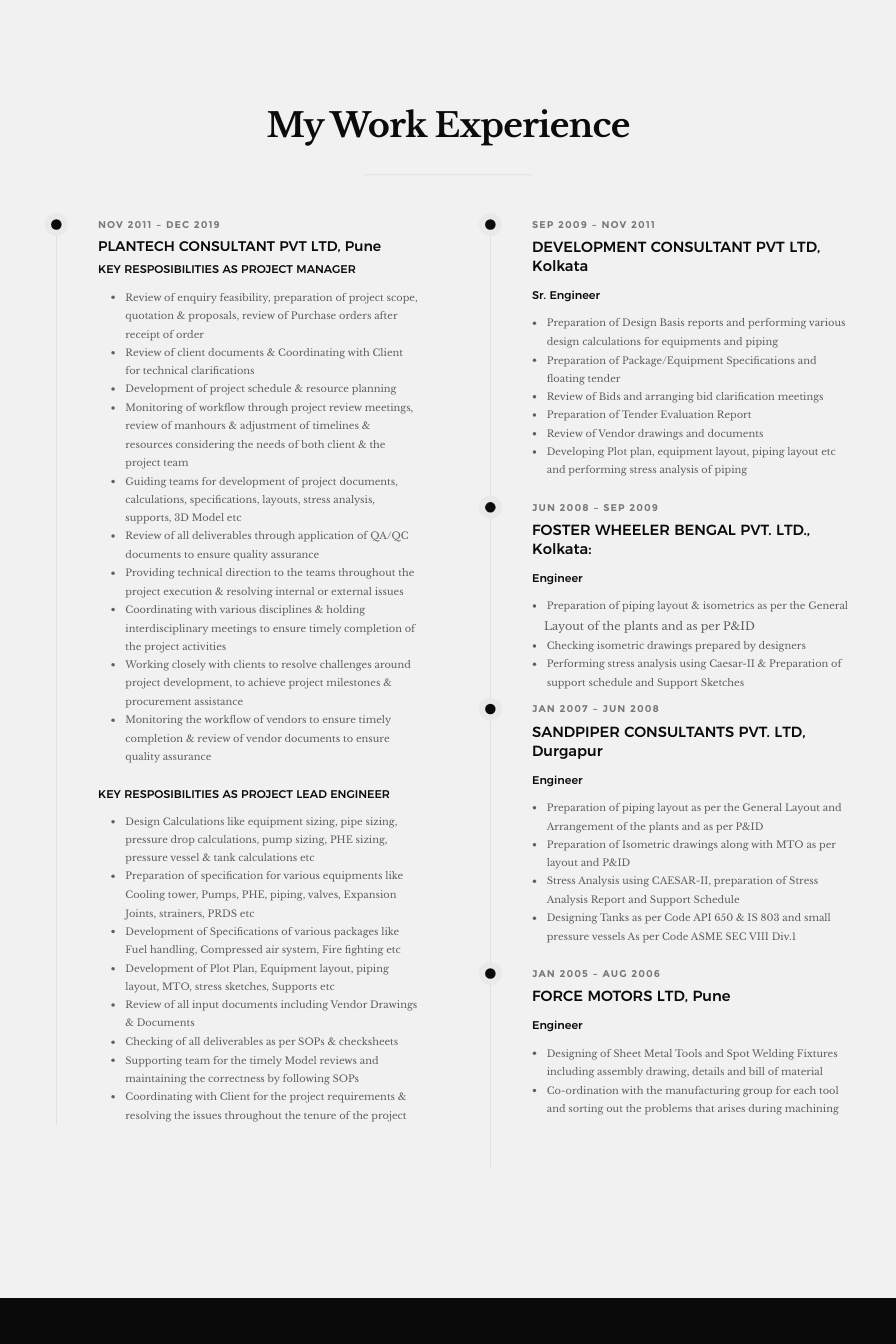
Repository: sumana1001/myprofile
Page: index.html
These files come from the project's save history. The page is drawn as it stood at one moment and after the next save; the edit follows.
The browser window is 1280 px wide. The pictures show the part of the page from y = 2395 to 4315 px (the page is 5623 px tall before and 5578 px after), at 70% of full size.
Pictures or frames that could not be fetched are drawn as grey boxes.

Above is the page before, as saved 2020-05-07 10:09:22.

After the next save:
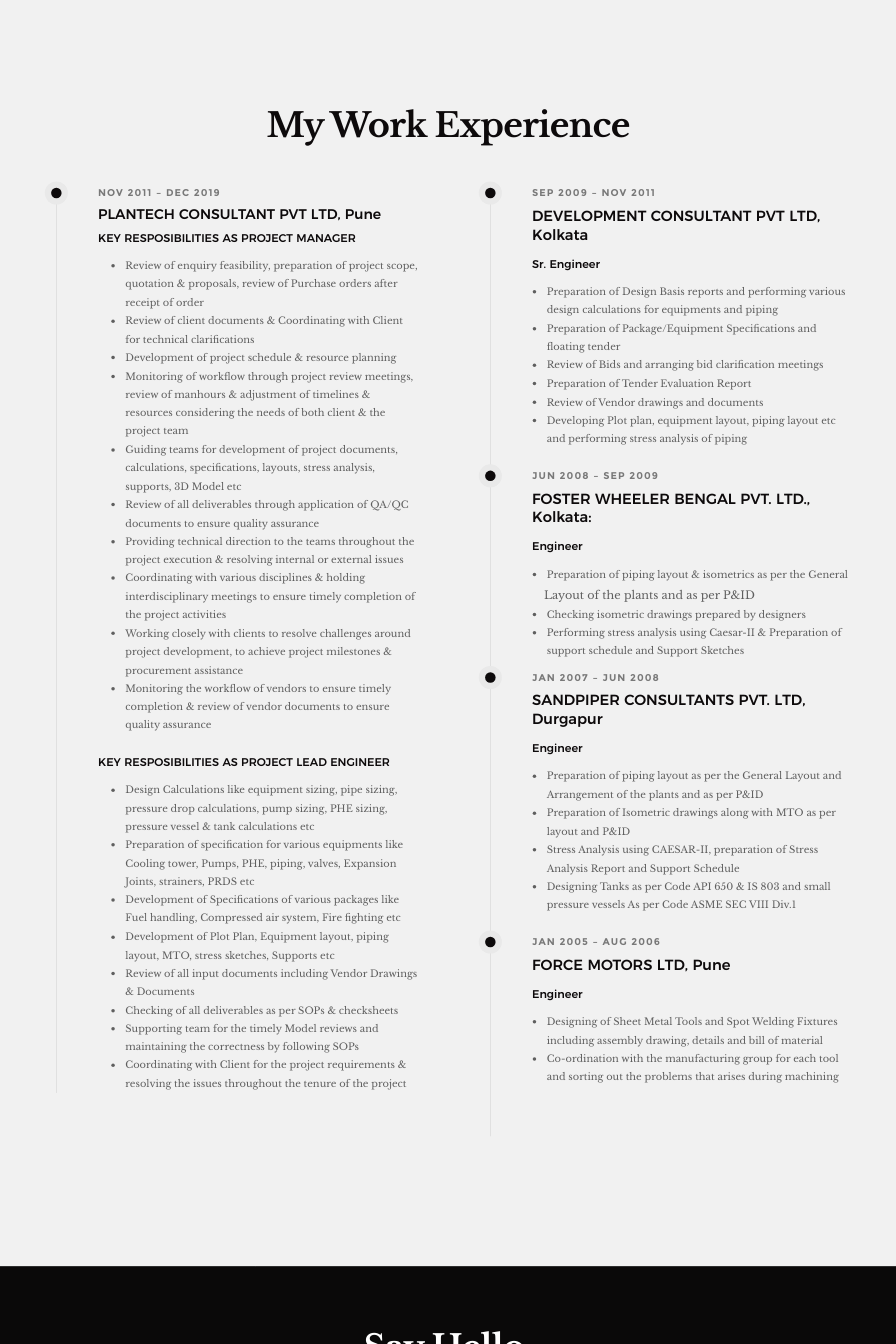
Saved 2 min 46 s later.
--- a/index.html
+++ b/index.html
@@ -226,7 +226,7 @@
     ================================================== -->
     <section id="works" class="s-works target-section">
 
-        <div class="row narrow section-intro has-bottom-sep">
+        <div class="row narrow section-intro">
             <div class="col-full text-center">
                 <h1>My Work Experience</h1>
             </div>
